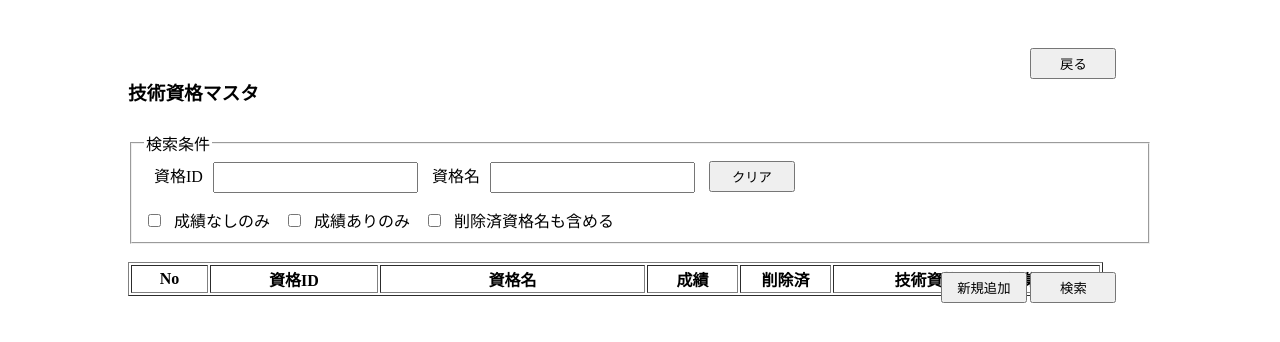
Repository: nguyenvantandev/WebApp
Page: http://localhost/EmployeeInfoSystem/SkillList.jsp
These files come from the project's save history. The page is drawn as it stood at one moment and after the next save; the edit follows.
The browser window is 1280 px wide. The pictures show the whole page.
Some web libraries are served in a nearby version. The page is served by Tomcat 9.

Above is the page before, as saved 2016-06-06 05:57:27.
Console error: ReferenceError: skillList_load is not defined

After the next save:
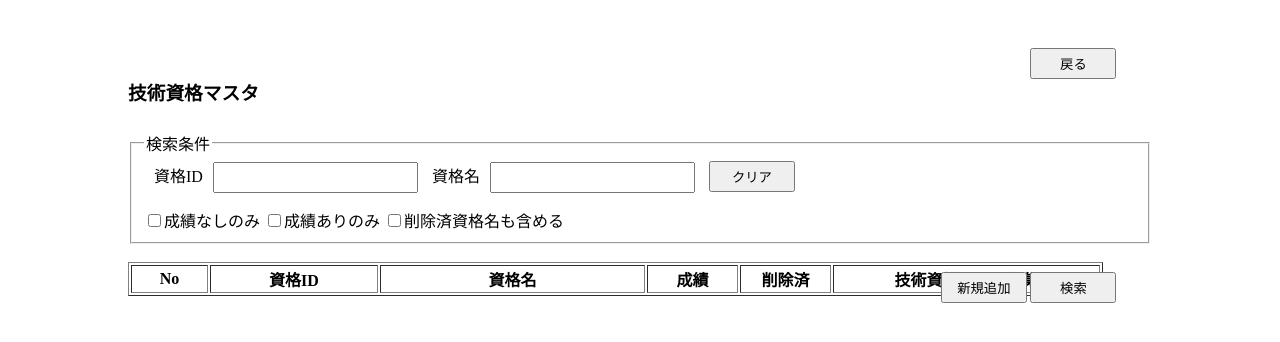
Saved 6 min 14 s later.
--- a/EmployeeInfoSystem/WebContent/css/SkillList.css
+++ b/EmployeeInfoSystem/WebContent/css/SkillList.css
@@ -41,7 +41,7 @@ h3{
 fieldset {
 	margin-bottom: 18px;
 }
-label {
+#label_shikakuid, #label_shikakumei {
 	margin-right: 10px;
 	margin-left: 10px;
 }
